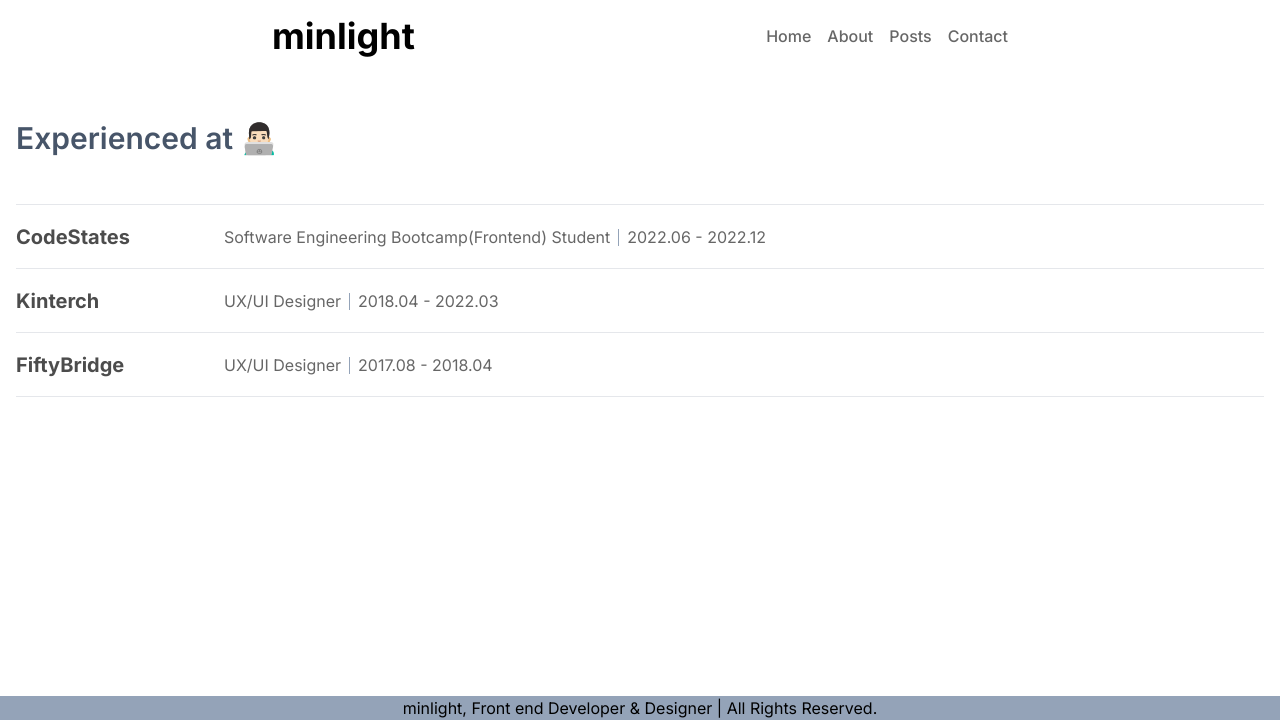
Repository: kwngmin/minlight-blog
Page: /about
An editor plug-in stored every save of this project. The page is shown before and after the next save, followed by the edit.
The browser window is 1280 px wide. The pictures show the whole page.
The project was rebuilt for these pictures with package versions that can differ from the ones it lists, and the page was loaded fresh each time. The framework's server and built-in components were replaced by stand-ins that run in the browser. Also part of the build but not shown: next.config.js.

Above is the page before, as saved 2023-04-01 00:25:00.

After the next save:
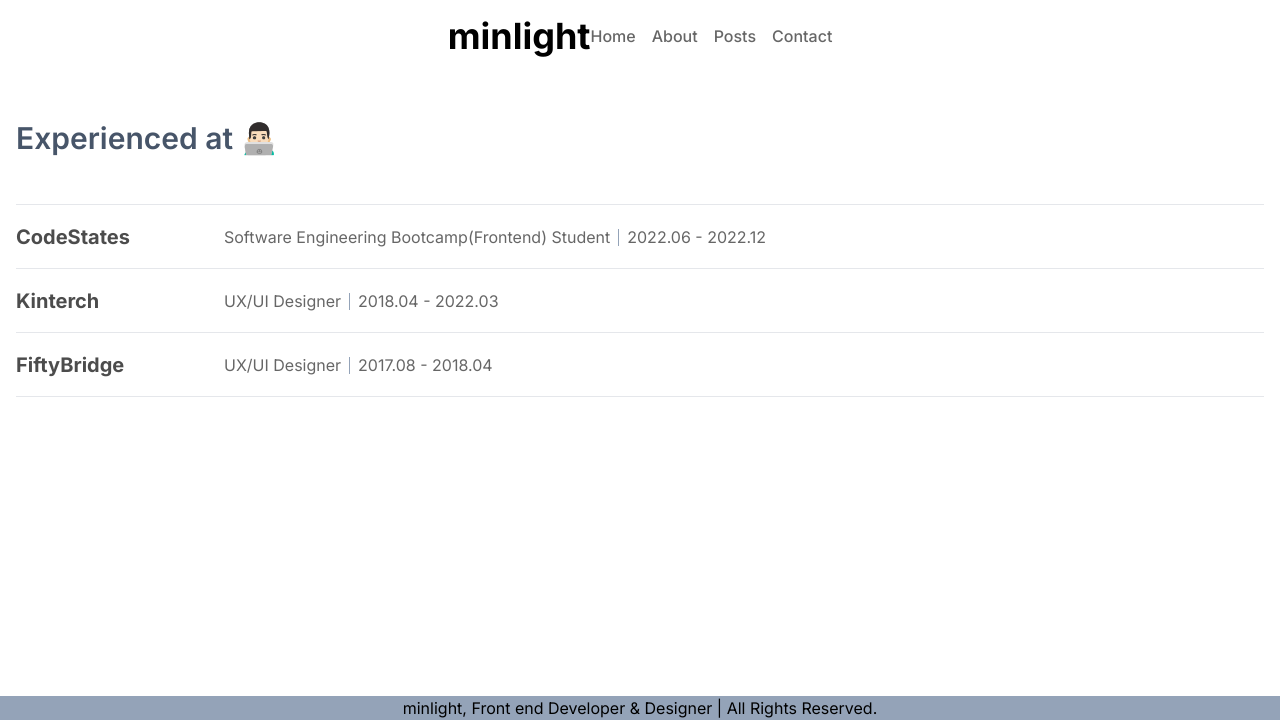
Saved 8 s later.
--- a/src/components/Header.tsx
+++ b/src/components/Header.tsx
@@ -9,7 +9,7 @@
 
 export default function Header() {
   return (
-    <div>
+    <>
       <div className="max-w-screen-md mx-auto">
         <div className="flex justify-between items-center m-4">
           <Link href="/">
@@ -28,6 +28,6 @@
           </nav>
         </div>
       </div>
-    </div>
+    </>
   );
 }

After the save that followed:
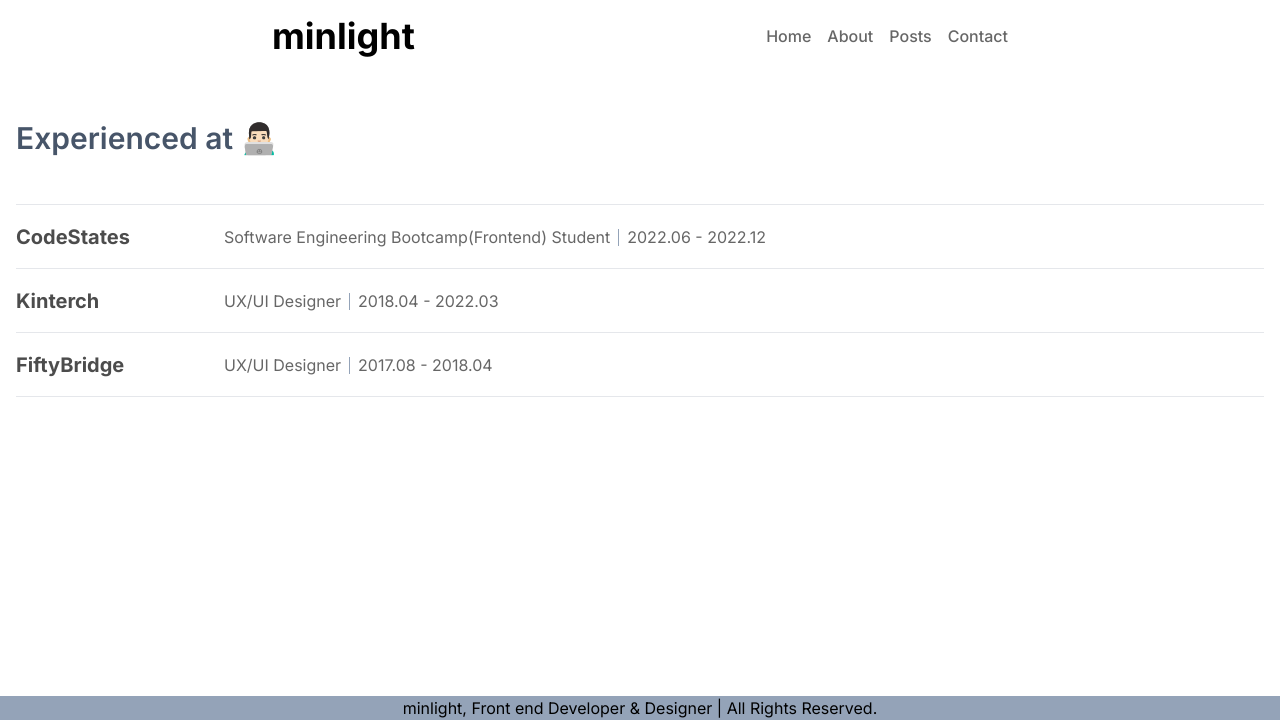
Saved 10 s later.
--- a/src/components/Header.tsx
+++ b/src/components/Header.tsx
@@ -9,7 +9,7 @@
 
 export default function Header() {
   return (
-    <>
+    <div>
       <div className="max-w-screen-md mx-auto">
         <div className="flex justify-between items-center m-4">
           <Link href="/">
@@ -28,6 +28,6 @@
           </nav>
         </div>
       </div>
-    </>
+    </div>
   );
 }
